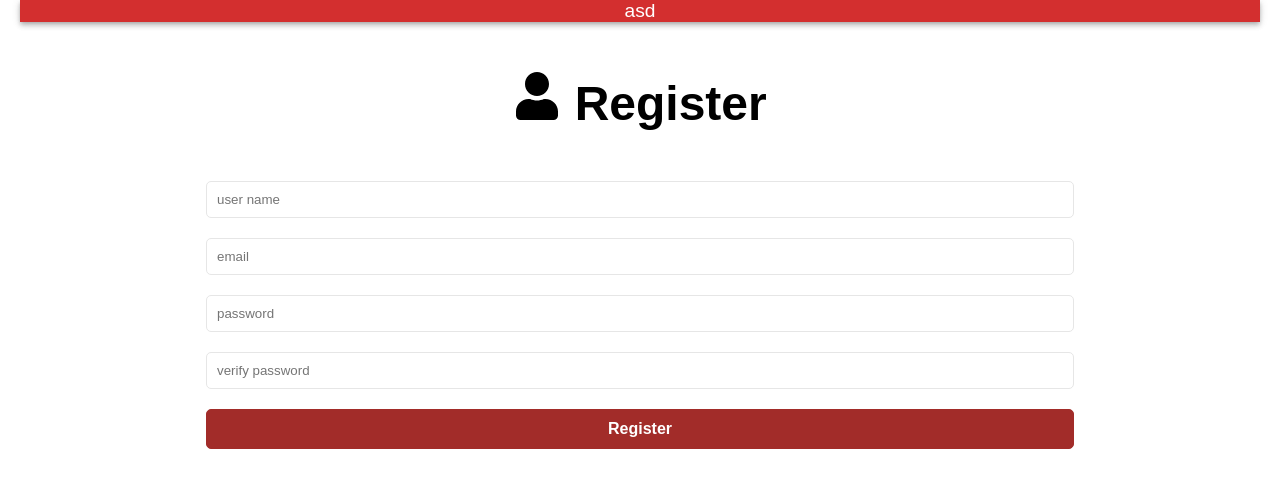
Repository: halilhaninan/MERNSTACK-Note-App
Page: /register (app in frontend/)
The author's editor kept a copy of each file at every save. The page is drawn from the files as they stood at one save, then again after the next save.
The browser window is 1280 px wide. The pictures show the whole page.
The project was rebuilt for these pictures with package versions that can differ from the ones it lists, and the page was loaded fresh each time. Also part of the build but not shown: frontend/src/Components/NotForm.jsx, frontend/src/Components/Spinner.jsx, frontend/src/Components/Not.jsx, frontend/src/pages/Dashboard.jsx, frontend/src/pages/Login.jsx, frontend/src/features/counter/counterSlice.js, frontend/src/features/counter/counter.js, frontend/src/App.css.

Above is the page before, as saved 2022-09-03 11:00:31.

After the next save:
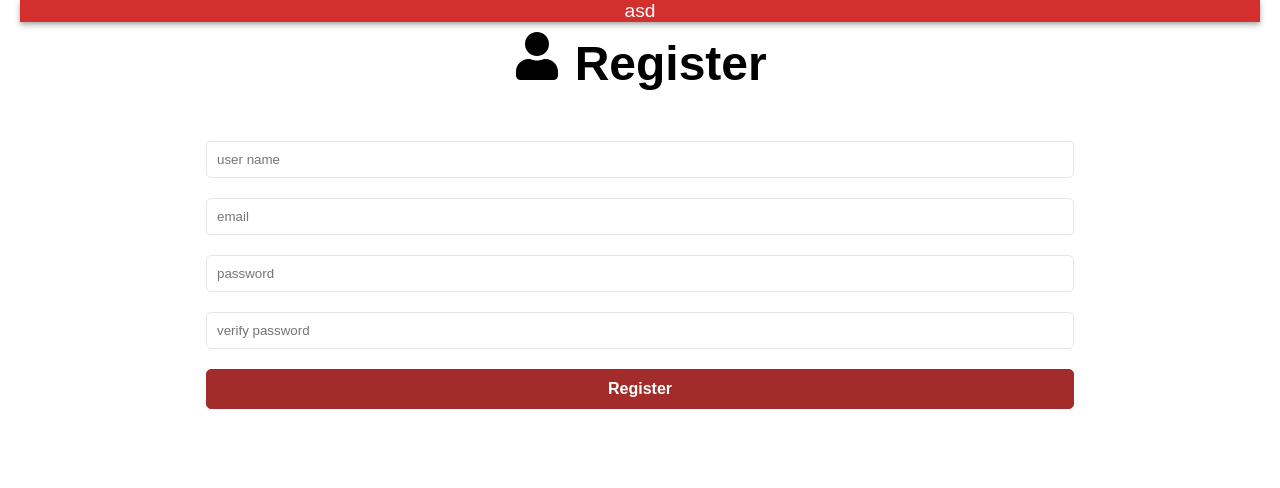
Saved 4 s later.
--- a/frontend/src/Components/Header.jsx
+++ b/frontend/src/Components/Header.jsx
@@ -20,7 +20,7 @@ function Header() {
   };
 
   return (
-    <AppBar position="static" color="error" sx={{ marginBottom: "50px" }}>
+    <AppBar position="static" color="error" sx={{ marginBottom: "10px" }}>
       asd
     </AppBar>
   );
